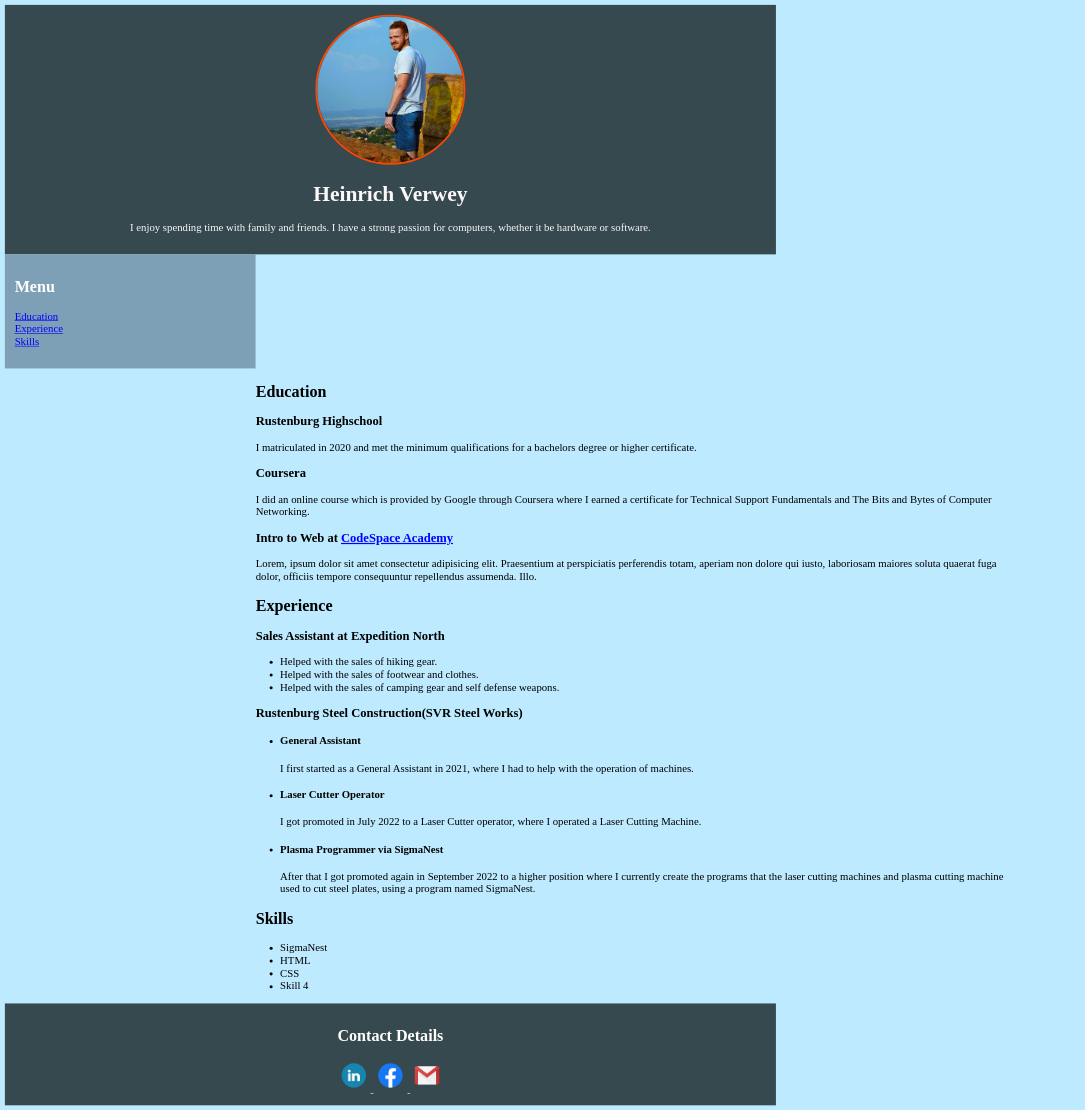
Repository: W3asl3y/IntroToWebDesign
Page: index.html
These files come from the project's save history. The page is drawn as it stood at one moment and after the next save; the edit follows.
The browser window is 1280 px wide. The page is 1651 px wide, then 1778 px, so the pictures cover 1778 px, including what lies to the right of the window. The pictures show the whole page, at 61% of full size.

Above is the page before, as saved 2022-11-01 22:27:31.

### index.html
<!DOCTYPE html>
<html lang="en">
    <head>
        <meta charset="UTF-8">
        <meta http-equiv="X-UA-Compatible" content="IE=edge">
        <meta name="viewport" content="width=device-width, initial-scale=1.0">
        <title>
            My Resume
        </title>
        <link rel="stylesheet" type="text/css" href="css/stylesheet.css">

    </head>
    <body>
        <header id="heading">
            <img id="profile_picture" src="images/heinrich.jpg" alt="My profile picture" >
            <h1>
                 Heinrich Verwey
            </h1>
            <p>
                I enjoy spending time with family and friends. I have a strong passion for computers, whether it be hardware or software.
            </p>
        </header>
        <main>
            <div id="sidebar">
                <nav>
                    <h2 id="menu">
                        Menu
                    </h2>
                    <ul class="nav-menu">
                        <li>
                            <a href="#education"> Education </a>
                        </li>
                        <li>
                            <a href="#experience"> Experience </a>
                        </li>
                        <li>
                            <a href="#skills"> Skills </a>
                        </li>
                    </ul>
                </nav>
            </div>
            <div id="contents">
                <h2 id=education>
                    Education
                </h2>
                <h3>
                    Rustenburg Highschool
                </h3>
                <p>
                    I matriculated in 2020 and met the minimum qualifications for a bachelors degree or higher certificate.
                </p>
                <h3>
                    Coursera
                </h3>
                <p>
                    I did an online course which is provided by Google through Coursera where I earned a certificate for Technical Support Fundamentals and The Bits and Bytes of Computer Networking.
                </p>
                <h3>
                    Intro to Web at <a href="https://www.codespace.co.za/courses/frontend-web-development/">CodeSpace Academy</a>
                </h3>
                <p>
                    Lorem, ipsum dolor sit amet consectetur adipisicing elit. Praesentium at perspiciatis perferendis totam, aperiam non dolore qui iusto, laboriosam maiores soluta quaerat fuga dolor, officiis tempore consequuntur repellendus assumenda. Illo.
                </p>
                </h3>
                <h2 id="experience">
                    Experience
                </h2>
                <h3>
                    Sales Assistant at Expedition North
                </h3>
                <ul>
                    <li>
                        Helped with the sales of hiking gear.
                    </li>
                    <li>
                        Helped with the sales of footwear and clothes.
                    </li>
                    <li>
                        Helped with the sales of camping gear and self defense weapons.
                    </li>
                </ul>
                <h3>
                    Rustenburg Steel Construction(SVR Steel Works)
                </h3>
                <ul>
                    <li>
                        <h4>
                            General Assistant
                        </h4>
                            <p>
                                I first started as a General Assistant in 2021, where I had to help with the operation of machines.
                            </p>
                    </li>
                    <li>
                        <h4>
                            Laser Cutter Operator
                        </h4>
                            <p>
                                I got promoted in July 2022 to a Laser Cutter operator, where I operated a Laser Cutting Machine.
                            </p>
                    </li>
                    <li>
                        <h4>
                            Plasma Programmer via SigmaNest
                        </h4>
                            <p>
                                After that I got promoted again in September 2022 to a higher position where I currently create the programs that the laser cutting machines and plasma cutting machine used to cut steel plates, using a program named SigmaNest.
                            </p>
                    </li>
                </ul>
                <h2 id="skills">
                    Skills
                </h2>
                <ul>
                    <li>
                        SigmaNest
                    </li>
                    <li>
                        HTML
                    </li>
                    <li>
                        CSS
                    </li>
                    <li>
                        Skill 4
                    </li>
                </ul>
            </div>
        </main>
        <footer class="footer">
            <h2>
                Contact Details
            </h2>
                <a href="https://www.linkedin.com/in/heinrich-verwey-1627a7205/" target="_blank">
                    <img class="my_contacts" src="Images\LinkedIn.webp" alt="My LinkedIn">
                </a>
                <a  href="https://www.facebook.com/heinrich.verwey.79/" target="_blank">
                    <img class="my_contacts" src="Images\Facebook.webp" alt="LinkedIn" alt=" My Facebook">
                </a>
                <a href="mailto:verwey41@gmail.com" target="_blank">
                    <img class="my_contacts" src="Images\Gmail.webp" alt="My Email">
                </a>
        </footer>
    </body>
</html

### CSS/stylesheet.css
body{
     font-family:serif,sans-serif;
     font-size:110%;
     background-color: #bdeaff;
}



header {
     text-align: center;
    -webkit-text-fill-color: #FCF7F8;
     background-color: #36494e;
     padding: 1rem;
}

#profile_picture {
     width: 15rem;
     border-radius: 50%;
     border: 3px solid orangered;
}

#sidebar {
    background-color: #7ea0b7;
    width: 30%  ;
    padding: 1rem;
    position: sticky;
}

#menu {
     -webkit-text-fill-color:white ;
}

.nav-menu {
     list-style: none;
     padding: 0%;

}

#contents {
     padding-left: 2rem;
     position: relative;
     left: 30%;
}

a:link {
     color: blue;
}

a:visited {
     color: blue;
}

.my_contacts {
     width: 40px;
     padding: 0.5rem;
}



footer {
     background-color: #36494e;
     text-align: center;
     -webkit-text-fill-color: white;
     padding: 1rem;
}

After the next save:
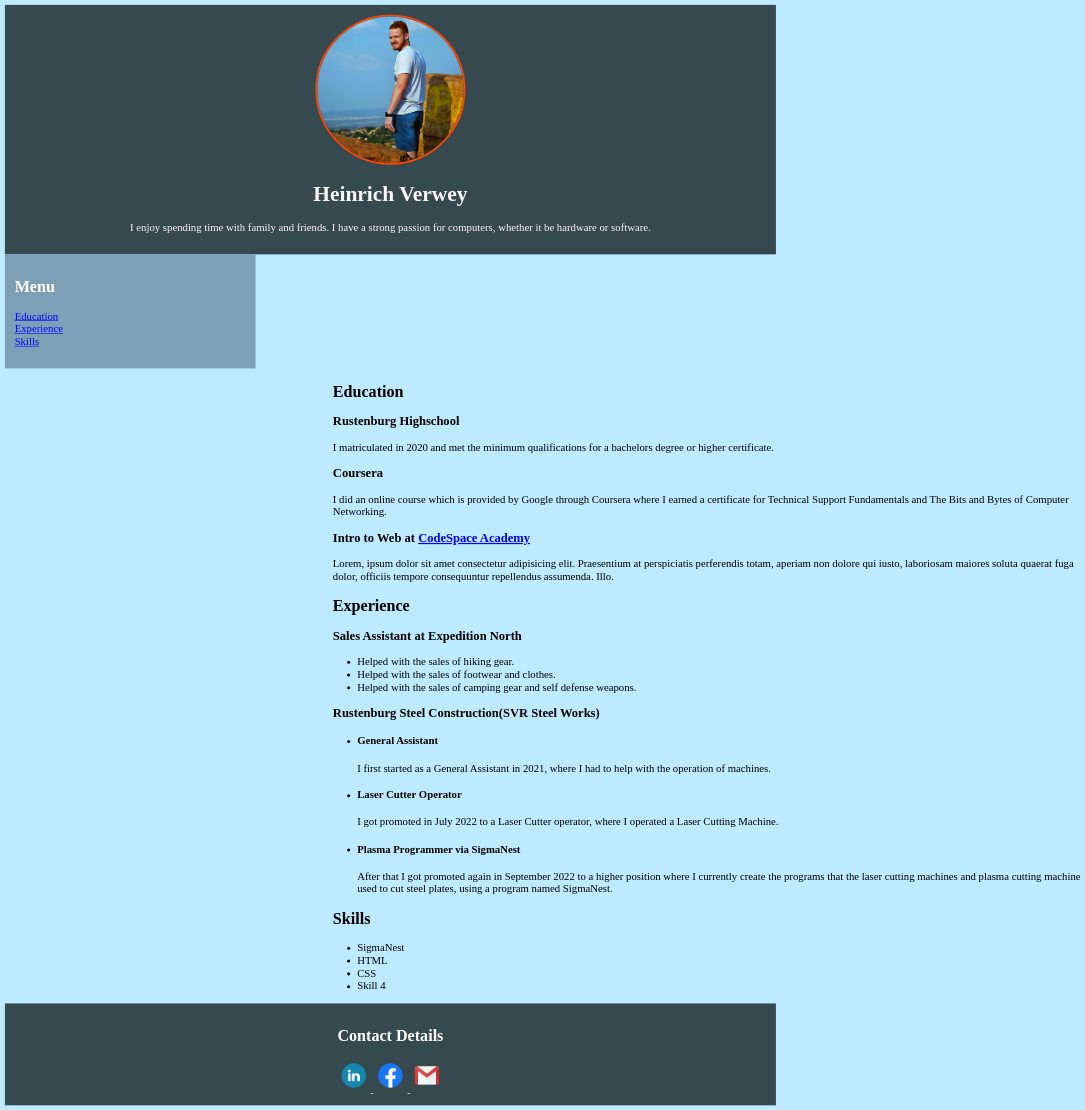
Saved 7 s later.
--- a/CSS/stylesheet.css
+++ b/CSS/stylesheet.css
@@ -39,7 +39,7 @@ header {
 #contents {
      padding-left: 2rem;
      position: relative;
-     left: 30%;
+     left: 40%;
 }
 
 a:link {
